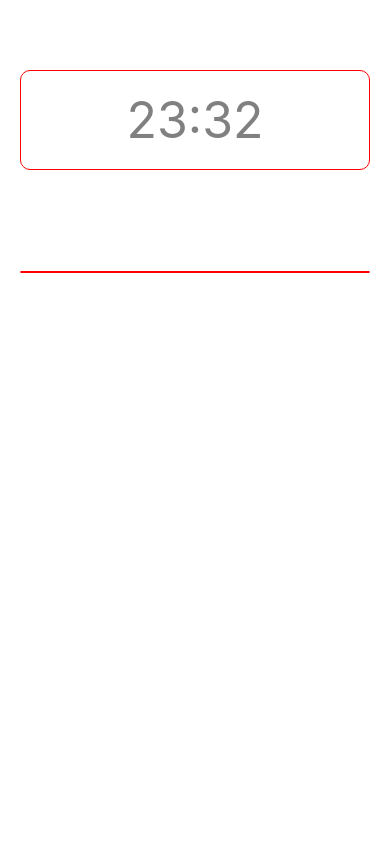
Repository: sonnke/imageResizer
Screen: /
The author's editor kept a copy of each file at every save. The screen is drawn from the files as they stood at one save, then again after the next save.
The app was drawn by React Native's web renderer in a window 390 px wide. The project was rebuilt for these pictures with package versions that can differ from the ones it lists, and the page was loaded fresh each time.

Above is the screen before, as saved 2020-02-02 13:16:25.

After the next save:
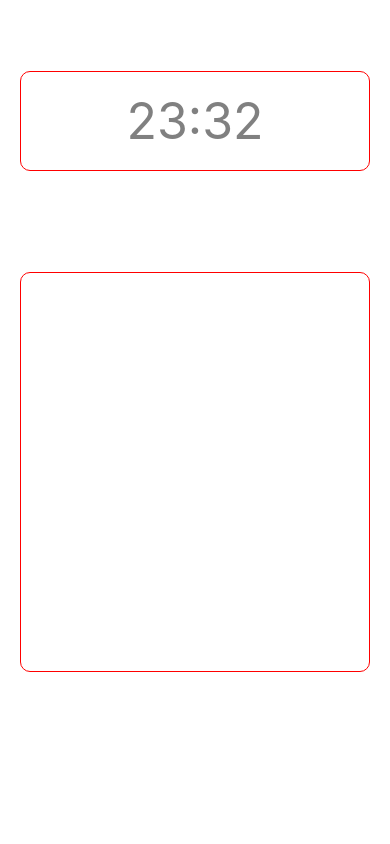
Saved 20 s later.
--- a/App.tsx
+++ b/App.tsx
@@ -22,7 +22,7 @@ const StopWatch = styled.View`
 
 const ImageContainer = styled.View`
   width: 100%;
-
+  height: 400px;
   border-width: 1px;
   border-color: red;
   border-radius: 10px;
@@ -30,9 +30,7 @@ const ImageContainer = styled.View`
   align-items: center;
 `;
 
-const SliderContainer = styled.View`
-  height: 400px;
-`;
+const SliderContainer = styled.View``;
 
 const StopWatchText = styled.Text`
   font-size: 50px;
